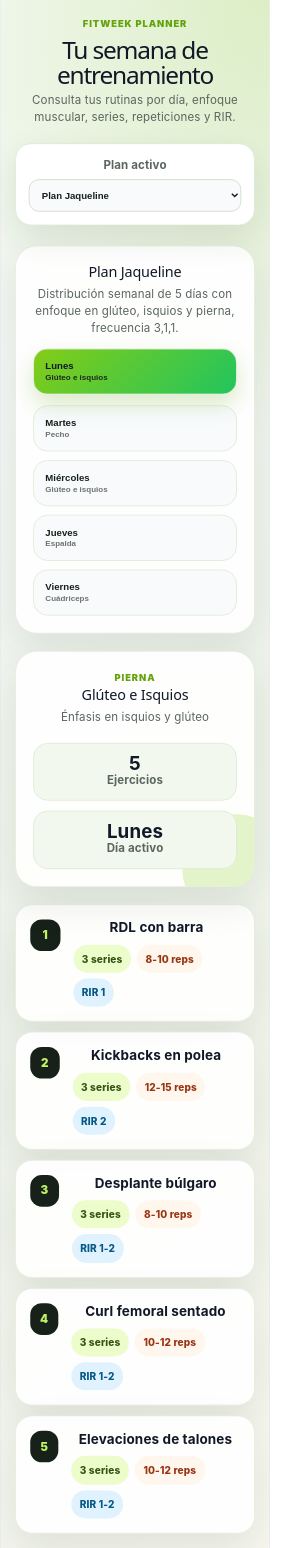
Repository: Jaqueline-CO/Fitweek-Planner
Page: /dashboard
These files come from the project's save history. The page is drawn as it stood at one moment and after the next save; the edit follows.
The browser window is 375 px wide. The page is 375 px wide, then 425 px, so the pictures cover 425 px, including what lies to the right of the window. The pictures show the whole page, at 72% of full size.
The project was rebuilt for these pictures with package versions that can differ from the ones it lists, and the page was loaded fresh each time. Also part of the build but not shown: vite.config.js.

Above is the page before, as saved 2026-06-09 15:59:32.

### index.html
<!doctype html>
<html lang="en">
  <head>
    <meta charset="UTF-8" />
    <link rel="icon" type="image/svg+xml" href="/favicon.svg" />
    <meta name="viewport" content="width=device-width, initial-scale=1.0" />
    <title>rutinasgym</title>
  </head>
  <body>
    <div id="root"></div>
    <script type="module" src="/src/main.jsx"></script>
  </body>
</html>

### src/index.css
:root {
  --text: #6b6375;
  --text-h: #08060d;
  --bg: #fff;
  --border: #e5e4e7;
  --code-bg: #f4f3ec;
  --accent: #aa3bff;
  --accent-bg: rgba(170, 59, 255, 0.1);
  --accent-border: rgba(170, 59, 255, 0.5);
  --social-bg: rgba(244, 243, 236, 0.5);
  --shadow:
    rgba(0, 0, 0, 0.1) 0 10px 15px -3px, rgba(0, 0, 0, 0.05) 0 4px 6px -2px;

  --sans: system-ui, 'Segoe UI', Roboto, sans-serif;
  --heading: system-ui, 'Segoe UI', Roboto, sans-serif;
  --mono: ui-monospace, Consolas, monospace;

  font: 18px/145% var(--sans);
  letter-spacing: 0.18px;
  color-scheme: light dark;
  color: var(--text);
  background: var(--bg);
  font-synthesis: none;
  text-rendering: optimizeLegibility;
  -webkit-font-smoothing: antialiased;
  -moz-osx-font-smoothing: grayscale;

  @media (max-width: 1024px) {
    font-size: 16px;
  }
}

@media (prefers-color-scheme: dark) {
  :root {
    --text: #9ca3af;
    --text-h: #f3f4f6;
    --bg: #16171d;
    --border: #2e303a;
    --code-bg: #1f2028;
    --accent: #c084fc;
    --accent-bg: rgba(192, 132, 252, 0.15);
    --accent-border: rgba(192, 132, 252, 0.5);
    --social-bg: rgba(47, 48, 58, 0.5);
    --shadow:
      rgba(0, 0, 0, 0.4) 0 10px 15px -3px, rgba(0, 0, 0, 0.25) 0 4px 6px -2px;
  }

  #social .button-icon {
    filter: invert(1) brightness(2);
  }
}

body {
  margin: 0;
}

#root {
  width: 1126px;
  max-width: 100%;
  margin: 0 auto;
  text-align: center;
  border-inline: 1px solid var(--border);
  min-height: 100svh;
  display: flex;
  flex-direction: column;
  box-sizing: border-box;
}

h1,
h2 {
  font-family: var(--heading);
  font-weight: 500;
  color: var(--text-h);
}

h1 {
  font-size: 56px;
  letter-spacing: -1.68px;
  margin: 32px 0;
  @media (max-width: 1024px) {
    font-size: 36px;
    margin: 20px 0;
  }
}
h2 {
  font-size: 24px;
  line-height: 118%;
  letter-spacing: -0.24px;
  margin: 0 0 8px;
  @media (max-width: 1024px) {
    font-size: 20px;
  }
}
p {
  margin: 0;
}

code,
.counter {
  font-family: var(--mono);
  display: inline-flex;
  border-radius: 4px;
  color: var(--text-h);
}

code {
  font-size: 15px;
  line-height: 135%;
  padding: 4px 8px;
  background: var(--code-bg);
}

### src/App.jsx
import AppRoutes from "./routes/AppRoutes";

function App() {
  return <AppRoutes />;
}

export default App;

### src/routes/AppRoutes.jsx
import { BrowserRouter, Routes, Route } from "react-router-dom";
import Login from "../pages/Login";
import Dashboard from "../pages/Dashboard";

function AppRoutes() {
  return (
    <BrowserRouter>
      <Routes>
        <Route path="/" element={<Login />} />
        <Route path="/dashboard" element={<Dashboard />} />
      </Routes>
    </BrowserRouter>
  );
}

export default AppRoutes;

### src/pages/Dashboard.jsx
import { useState } from "react";
import { weeklyPlans } from "../data/weeklyPlans";
import { routines } from "../data/routines";
import "../styles/Dashboard.css";

function Dashboard() {
  const [selectedPlanId, setSelectedPlanId] = useState("jaqueline");
  const [selectedDay, setSelectedDay] = useState("Lunes");

  const selectedPlan = weeklyPlans.find((plan) => plan.id === selectedPlanId);
  const selectedPlanDay = selectedPlan.days.find((item) => item.day === selectedDay);
  const selectedRoutine = routines.find((routine) => routine.id === selectedPlanDay.routineId);

  return (
    <main className="dashboard-page">
      <section className="dashboard-hero">
        <div>
          <span className="eyebrow">FitWeek Planner</span>
          <h1>Tu semana de entrenamiento</h1>
          <p>Consulta tus rutinas por día, enfoque muscular, series, repeticiones y RIR.</p>
        </div>

        <div className="plan-selector">
          <label>Plan activo</label>
          <select
            value={selectedPlanId}
            onChange={(e) => {
              setSelectedPlanId(e.target.value);
              setSelectedDay("Lunes");
            }}
          >
            {weeklyPlans.map((plan) => (
              <option key={plan.id} value={plan.id}>
                {plan.name}
              </option>
            ))}
          </select>
        </div>
      </section>

      <section className="plan-card">
        <div>
          <h2>{selectedPlan.name}</h2>
          <p>{selectedPlan.description}</p>
        </div>

        <div className="day-tabs">
          {selectedPlan.days.map((item) => (
            <button
              key={item.day}
              className={selectedDay === item.day ? "day-tab active" : "day-tab"}
              onClick={() => setSelectedDay(item.day)}
            >
              <span>{item.day}</span>
              <small>{item.label}</small>
            </button>
          ))}
        </div>
      </section>

      <section className="routine-layout">
        <aside className="routine-summary">
          <span className="routine-category">{selectedRoutine.category}</span>
          <h2>{selectedRoutine.title}</h2>
          <p>{selectedRoutine.focus}</p>

          <div className="summary-stats">
            <div>
              <strong>{selectedRoutine.exercises.length}</strong>
              <span>Ejercicios</span>
            </div>
            <div>
              <strong>{selectedDay}</strong>
              <span>Día activo</span>
            </div>
          </div>
        </aside>

        <section className="exercise-list">
          {selectedRoutine.exercises.map((exercise, index) => (
            <article className="exercise-card" key={index}>
              <div className="exercise-number">{index + 1}</div>

              <div className="exercise-info">
                <h3>{exercise.name}</h3>

                <div className="exercise-tags">
                  <span>{exercise.sets} series</span>
                  <span>{exercise.reps} reps</span>
                  <span>RIR {exercise.rir}</span>
                </div>

                {exercise.notes && <p>{exercise.notes}</p>}
              </div>
            </article>
          ))}
        </section>
      </section>
    </main>
  );
}

export default Dashboard;

### src/data/weeklyPlans.js
export const weeklyPlans = [
  {
    id: "jaqueline",
    name: "Plan Jaqueline",
    description: "Distribución semanal de 5 días con enfoque en glúteo, isquios y pierna, frecuencia 3,1,1.",
    days: [
      { day: "Lunes", routineId: "gluteo-isquios", label: "Glúteo e isquios" },
      { day: "Martes", routineId: "pecho-a", label: "Pecho" },
      { day: "Miércoles", routineId: "gluteo-isquios", label: "Glúteo e isquios" },
      { day: "Jueves", routineId: "espalda", label: "Espalda" },
      { day: "Viernes", routineId: "cuadriceps", label: "Cuádriceps" },
    ],
  },
  {
    id: "alan",
    name: "Plan Alan",
    description: "Distribución semanal de 5 días con enfoque en Pecho, frecuencia 2,2,1.",
    days: [
      { day: "Lunes", routineId: "gluteo-isquios", label: "Glúteo e isquios" },
      { day: "Martes", routineId: "pecho-a", label: "Pecho" },
      { day: "Miércoles", routineId: "espalda", label: "Espalda" },
      { day: "Jueves", routineId: "pecho-b", label: "Pecho" },
      { day: "Viernes", routineId: "cuadriceps", label: "Cuádriceps" },
    ],
  },
];

### src/data/routines.js
export const routines = [
  {
    id: "gluteo-isquios",
    title: "Glúteo e Isquios",
    category: "Pierna",
    focus: "Énfasis en isquios y glúteo",
    exercises: [
      { name: "RDL con barra", sets: 3, reps: "8-10", rir: "1" },
      { name: "Kickbacks en polea", sets: 3, reps: "12-15", rir: "2" },
      { name: "Desplante búlgaro", sets: 3, reps: "8-10", rir: "1-2" },
      { name: "Curl femoral sentado", sets: 3, reps: "10-12", rir: "1-2" },
      { name: "Elevaciones de talones", sets: 3, reps: "10-12", rir: "1-2" },
    ],
  },
  {
    id: "cuadriceps",
    title: "Cuádriceps",
    category: "Pierna",
    focus: "Énfasis en cuádriceps",
    exercises: [
      { name: "Sentadilla Hack", sets: 3, reps: "6-8", rir: "1" },
      { name: "Hip Thrust con barra", sets: 3, reps: "8-10", rir: "1" },
      { name: "Curl femoral acostado", sets: 3, reps: "10-12", rir: "1-2" },
      { name: "Extensiones de cuádriceps", sets: 3, reps: "10-12", rir: "1-2" },
      { name: "Abducción en máquina", sets: 3, reps: "12-15", rir: "1-2" },
      { name: "Adducción en máquina", sets: 3, reps: "12-15", rir: "1-2" },
      { name: "Elevaciones de talones", sets: 3, reps: "10-12", rir: "1-2" },
    ],
  },
  {
    id: "pecho-a",
    title: "Pecho A",
    category: "Pecho",
    focus: "Énfasis en pectoral mayor",
    exercises: [
      { name: "Press inclinado con mancuernas", sets: 3, reps: "8-10", rir: "1-2" },
      { name: "Press plano con barra", sets: 2, reps: "6-8", rir: "0-1" },
      { name: "Elevaciones laterales con mancuerna", sets: 2, reps: "12-15", rir: "2" },
      { name: "Elevaciones en polea baja unilateral", sets: 3, reps: "12-15", rir: "2" },
      { name: "Extensión de tríceps con cuerda", sets: 2, reps: "12-15", rir: "1-2" },
    ],
  },
  {
    id: "pecho-b",
    title: "Pecho B",
    category: "Pecho",
    focus: "Deltoide anterior, lateral y tríceps",
    exercises: [
      { name: "Press militar con mancuernas", sets: 3, reps: "8-10", rir: "1" },
      { name: "Press plano con barra o máquina", sets: 2, reps: "6-8", rir: "1" },
      { name: "Cruce en poleas baja", sets: 2, reps: "12-15", rir: "2" },
      { name: "Elevaciones laterales con mancuernas", sets: 2, reps: "15-20", rir: "2" },
      { name: "Extensión de tríceps overhead con cuerda", sets: 2, reps: "12-15", rir: "1-2" },
      { name: "Push down con cuerda", sets: 2, reps: "10-12", rir: "1-2" },
    ],
  },
  {
    id: "espalda",
    title: "Espalda",
    category: "Espalda",
    focus: "Dorsales - Amplitud, fuerza de tracción y foco lat",
    exercises: [
      { name: "Jalón al pecho con agarre neutro", sets: 4, reps: "8-10", rir: "-", notes: "Máxima activación del dorsal ancho. Tensión mecánica alta." },
      { name: "Remo con mancuerna unilateral", sets: 4, reps: "8-10", rir: "-", notes: "Segunda línea de tracción horizontal. Enfocado en upper back general." },
      { name: "Pull-over con cuerda en polea alta", sets: 3, reps: "12-15", rir: "-", notes: "Aislamiento del dorsal, sin intervención del bíceps." },
      { name: "Curl inclinado con mancuernas supino", sets: 3, reps: "10-12", rir: "-", notes: "Foco total en bíceps braquial con gran estiramiento." },
    ],
  },
];

### src/styles/Dashboard.css
.dashboard-page {
  min-height: 100vh;
  padding: 32px;
  color: #17211a;
  background:
    radial-gradient(circle at top right, rgba(132, 204, 22, 0.22), transparent 28%),
    linear-gradient(135deg, #f8fafc, #eef3ea 55%, #f7f7ef);
  font-family: Inter, system-ui, sans-serif;
}

.dashboard-hero {
  display: flex;
  justify-content: space-between;
  gap: 24px;
  align-items: center;
  margin-bottom: 28px;
}

.eyebrow,
.routine-category {
  color: #65a30d;
  font-weight: 900;
  letter-spacing: 0.1em;
  text-transform: uppercase;
  font-size: 13px;
}

.dashboard-hero h1 {
  font-size: clamp(34px, 5vw, 58px);
  margin: 8px 0;
  color: #111827;
  line-height: 1;
}

.dashboard-hero p,
.plan-card p,
.routine-summary p,
.exercise-info p {
  color: #5b665e;
}

.plan-selector {
  background: #ffffff;
  border: 1px solid #dbe7d2;
  padding: 18px;
  border-radius: 22px;
  min-width: 250px;
  box-shadow: 0 18px 45px rgba(32, 51, 34, 0.1);
}

.plan-selector label {
  display: block;
  margin-bottom: 8px;
  color: #5b665e;
  font-weight: 700;
}

.plan-selector select {
  width: 100%;
  padding: 13px;
  border-radius: 14px;
  border: 1px solid #cbd5c0;
  outline: none;
  font-weight: 800;
  color: #17211a;
  background: #f8fafc;
}

.plan-card,
.routine-summary,
.exercise-card {
  background: rgba(255, 255, 255, 0.92);
  border: 1px solid #e1ead8;
  box-shadow: 0 20px 55px rgba(32, 51, 34, 0.1);
}

.plan-card {
  border-radius: 30px;
  padding: 24px;
  margin-bottom: 24px;
}

.plan-card h2,
.routine-summary h2,
.exercise-info h3 {
  color: #111827;
}

.day-tabs {
  display: grid;
  grid-template-columns: repeat(5, 1fr);
  gap: 12px;
  margin-top: 20px;
}

.day-tab {
  border: 1px solid #dbe7d2;
  border-radius: 20px;
  padding: 16px;
  cursor: pointer;
  background: #f8fafc;
  color: #17211a;
  text-align: left;
  transition: 0.2s ease;
}

.day-tab span {
  display: block;
  font-weight: 900;
}

.day-tab small {
  color: #6b746c;
  font-weight: 600;
}

.day-tab.active,
.day-tab:hover {
  background: linear-gradient(135deg, #84cc16, #22c55e);
  color: #0f172a;
  transform: translateY(-3px);
  box-shadow: 0 14px 30px rgba(101, 163, 13, 0.22);
}

.day-tab.active small,
.day-tab:hover small {
  color: #1f2a1f;
}

.routine-layout {
  display: grid;
  grid-template-columns: 340px 1fr;
  gap: 24px;
}

.routine-summary {
  border-radius: 30px;
  padding: 24px;
  height: fit-content;
  position: relative;
  overflow: hidden;
}

.routine-summary::after {
  content: "";
  position: absolute;
  width: 150px;
  height: 150px;
  right: -50px;
  bottom: -50px;
  background: rgba(132, 204, 22, 0.22);
  border-radius: 50%;
}

.summary-stats {
  display: grid;
  grid-template-columns: 1fr;
  gap: 14px;
  margin-top: 24px;
  position: relative;
  z-index: 1;
}

.summary-stats div {
  background: #f3f8ee;
  border: 1px solid #dbe7d2;
  border-radius: 20px;
  padding: 16px;
}

.summary-stats strong {
  display: block;
  font-size: 26px;
  color: #111827;
}

.summary-stats span {
  color: #5b665e;
  font-weight: 700;
}

.exercise-list {
  display: grid;
  gap: 14px;
}

.exercise-card {
  display: flex;
  gap: 18px;
  align-items: flex-start;
  border-radius: 24px;
  padding: 20px;
  transition: 0.2s ease;
}

.exercise-card:hover {
  transform: translateY(-2px);
  box-shadow: 0 22px 60px rgba(32, 51, 34, 0.14);
}

.exercise-number {
  width: 44px;
  height: 44px;
  border-radius: 16px;
  display: grid;
  place-items: center;
  font-weight: 900;
  background: #17211a;
  color: #bef264;
}

.exercise-info h3 {
  margin: 0 0 12px;
}

.exercise-tags {
  display: flex;
  flex-wrap: wrap;
  gap: 8px;
}

.exercise-tags span {
  padding: 8px 12px;
  border-radius: 999px;
  background: #ecfccb;
  color: #365314;
  font-size: 14px;
  font-weight: 800;
}

.exercise-tags span:nth-child(2) {
  background: #fff7ed;
  color: #9a3412;
}

.exercise-tags span:nth-child(3) {
  background: #e0f2fe;
  color: #075985;
}

@media (max-width: 900px) {
  .dashboard-hero,
  .routine-layout {
    grid-template-columns: 1fr;
    display: grid;
  }

  .day-tabs {
    grid-template-columns: 1fr 1fr;
  }
}

@media (max-width: 560px) {
  .dashboard-page {
    padding: 20px;
  }

  .day-tabs {
    grid-template-columns: 1fr;
  }
}

Loaded but not shown: src/main.jsx (common file); src/pages/Login.jsx (no stored copy; drawn as an empty file)

After the next save:
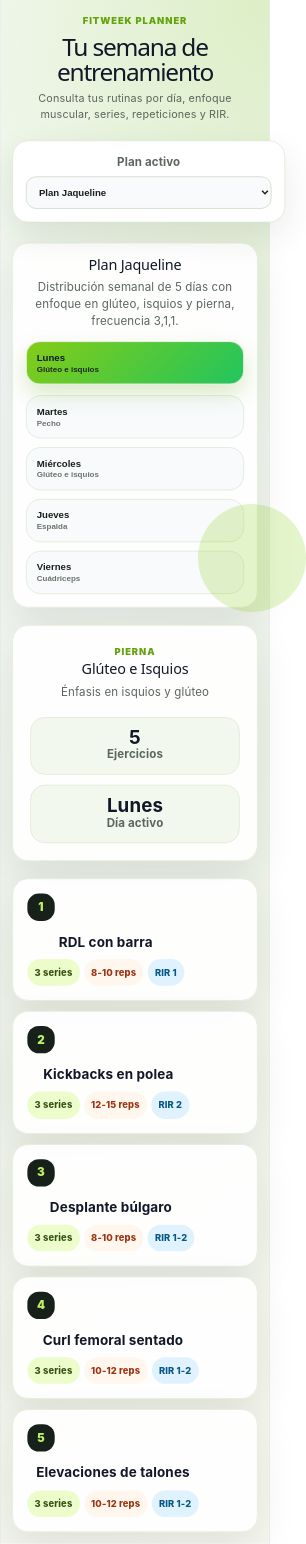
Saved 72 s later.
--- a/src/styles/Dashboard.css
+++ b/src/styles/Dashboard.css
@@ -238,24 +238,90 @@
   color: #075985;
 }
 
+@media (max-width: 1100px) {
+  .routine-layout {
+    grid-template-columns: 300px 1fr;
+  }
+
+  .dashboard-hero h1 {
+    font-size: 42px;
+  }
+}
+
 @media (max-width: 900px) {
-  .dashboard-hero,
+  .dashboard-page {
+    padding: 24px;
+  }
+
+  .dashboard-hero {
+    display: grid;
+    grid-template-columns: 1fr;
+  }
+
+  .plan-selector {
+    width: 100%;
+    min-width: 0;
+  }
+
+  .day-tabs {
+    grid-template-columns: repeat(2, 1fr);
+  }
+
   .routine-layout {
     grid-template-columns: 1fr;
-    display: grid;
-  }
-
-  .day-tabs {
-    grid-template-columns: 1fr 1fr;
-  }
-}
-
-@media (max-width: 560px) {
+  }
+
+  .routine-summary {
+    position: static;
+  }
+}
+
+@media (max-width: 600px) {
   .dashboard-page {
-    padding: 20px;
+    padding: 16px;
+  }
+
+  .dashboard-hero h1 {
+    font-size: 34px;
+  }
+
+  .dashboard-hero p {
+    font-size: 15px;
+  }
+
+  .plan-card,
+  .routine-summary,
+  .exercise-card {
+    border-radius: 22px;
+  }
+
+  .plan-card {
+    padding: 18px;
   }
 
   .day-tabs {
     grid-template-columns: 1fr;
   }
-}
+
+  .day-tab {
+    padding: 14px;
+  }
+
+  .exercise-card {
+    flex-direction: column;
+  }
+
+  .exercise-number {
+    width: 38px;
+    height: 38px;
+  }
+
+  .exercise-tags {
+    gap: 6px;
+  }
+
+  .exercise-tags span {
+    font-size: 13px;
+    padding: 7px 10px;
+  }
+}
